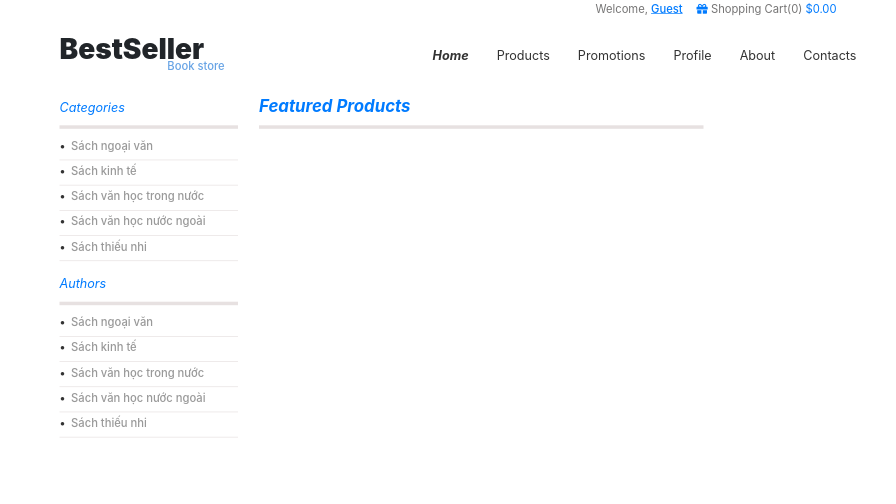
Repository: phunobi1807/BestSeller
Page: index.html
An editor plug-in stored every save of this project. The page is shown before and after the next save, followed by the edit.
The browser window is 1280 px wide. The pictures show the whole page, at 70% of full size.

Above is the page before, as saved 2021-06-28 23:36:05.

### index.html
<!DOCTYPE html>
<html lang="en">
<head>
    <meta charset="UTF-8">
    <meta http-equiv="X-UA-Compatible" content="IE=edge">
    <meta name="viewport" content="width=device-width, initial-scale=1.0">
    <title>BestSeller</title>
    <link rel="stylesheet" href="./css/style.css">
</head>
<body>
    <header id="header">
        <div class="container">
            <div class="top-header">
                <div class="top-nav">
                    <p class="top-nav__text">Welcome, <a href="#" class="top-nav__text-link">Guest</a></p>
                    <div class="top-nav__shopping-cart">
                        <i  class="top-nav__icon fas fa-gift"></i>
                        <span class="top-nav__cart">Shopping Cart(0) <a href="#">$0.00</a></span>
                    </div>
                </div>
                <div class="navigation">
                    <div class="row">
                        <div class="col-lg-4">
                            <div class="navigation-logo">
                                <div class="navigation-logo__text">
                                    <span class="navigation-logo__text-big">BestSeller</span>
                                    <span class="navigation-logo__text-small">Book store</span>
                                </div>
                            </div>
                        </div>
                        <div class="col-lg-6">
                           <ul class="navigation-menu">
                               <li class="navigation-menu__item navigation-menu__item--active" >Home</li>
                               <li class="navigation-menu__item">Products</li>
                               <li class="navigation-menu__item">Promotions</li>
                               <li class="navigation-menu__item">Profile</li>
                               <li class="navigation-menu__item">About</li>
                               <li class="navigation-menu__item">Contacts</li>
                           </ul>
                        </div>
                    </div>
                </div>
            </div>
        </div>
    </header>
    <div id="content">
        <div class="container">
            <div class="row">
                <div class="col-sm-3">
                    <div class="side-bar">
                        <p class="side-bar__title side-bar__title--one">
                            Categories
                        </p>
                        <ul class="side-bar__list side-bar__list--one">
                            <li class="side-bar__list-item">Sách ngoại văn</li>
                            <li class="side-bar__list-item">Sách kinh tế</li>
                            <li class="side-bar__list-item">Sách văn học trong nước</li>
                            <li class="side-bar__list-item">Sách văn học nước ngoài</li>
                            <li class="side-bar__list-item">Sách thiếu nhi</li>
                        </ul>
                        <p class="side-bar__title side-bar__title--two">
                            Authors
                        </p>
                        <ul class="side-bar__list side-bar__list--two">
                            <li class="side-bar__list-item">Sách ngoại văn</li>
                            <li class="side-bar__list-item">Sách kinh tế</li>
                            <li class="side-bar__list-item">Sách văn học trong nước</li>
                            <li class="side-bar__list-item">Sách văn học nước ngoài</li>
                            <li class="side-bar__list-item">Sách thiếu nhi</li>
                        </ul>
                    </div>
                </div>
                <div class="col-sm-7">
                    <div class="products">
                        <p class="product__title">
                            Featured Products
                        </p>
                    </div>
                </div>
            </div>
        </div>
    </div>
<link rel="stylesheet" href="https://use.fontawesome.com/releases/v5.15.3/css/all.css" integrity="sha384-SZXxX4whJ79/gErwcOYf+zWLeJdY/qpuqC4cAa9rOGUstPomtqpuNWT9wdPEn2fk" crossorigin="anonymous">
<link rel="stylesheet" href="https://maxcdn.bootstrapcdn.com/bootstrap/4.5.2/css/bootstrap.min.css">
<script src="https://ajax.googleapis.com/ajax/libs/jquery/3.5.1/jquery.min.js"></script>
<script src="https://cdnjs.cloudflare.com/ajax/libs/popper.js/1.16.0/umd/popper.min.js"></script>
<script src="https://maxcdn.bootstrapcdn.com/bootstrap/4.5.2/js/bootstrap.min.js"></script>
</body>
</html>

### css/style.css
@import url(https://fonts.googleapis.com/css2?family=Roboto:wght@100;200;300;400;500;600;800;900&display=swap);
:root {
    --color-primary: #007bff;
}

* {
    box-sizing: inherit;
}

html {
    box-sizing: border-box;
    margin: 0;
    font-family: 'Roboto', sans-serif;
}

/* top nav  */

.top-nav {
    display: flex;
    justify-content: flex-end;
}

.top-nav__text {
    padding: 0 20px;
}

.top-nav__text-link {
    font-weight: 500;
    text-decoration: underline;
}

.top-nav__text, .top-nav__cart {
    color: #767575;
}

.top-nav__icon {
    color: var(--color-primary);
}

/* logo-menu  */

.navigation-logo {
    position: relative;
}

.navigation-logo__text-big {
    font-size: 40px;
    font-weight: 900;
}

.navigation-logo__text-small {
    position: absolute;
    bottom: 0;
    left: 44%;
    top: 70%;
    color: #68a4e5;
    font-weight: 500;
}

/* Danh sach menu  */

.navigation-menu {
    display: flex;
    line-height: 78px;
    list-style: none;
    padding: 0 133px;
}

.navigation-menu__item--active {
    font-style: italic;
    font-weight: bold;
}

.navigation-menu__item {
    font-size: 18px;
    color: #333;
    margin: 0 20px;
}

/* Content  */

.side-bar__title {
    position: relative;
    color: var(--color-primary);
    line-height: 40px;
    font-size: 18px;
    font-style: italic;
}

.side-bar__title--one {}

.product__title {
    position: relative;
    color: var(--color-primary);
    font-weight: 700;
    font-style: italic;
    font-size: 24px;
}

.side-bar__title::after {
    position: absolute;
    content: "";
    left: 0;
    top: 45px;
    width: 100%;
    height: 5px;
    background-color: #e7e1e1;
}

.product__title::after {
    position: absolute;
    content: "";
    left: 0;
    top: 45px;
    width: 100%;
    height: 5px;
    background-color: #e7e1e1;
}

/* Side bar */

.side-bar__list {
    padding-left: 0;
}

.side-bar__list-item {
    position: relative;
    padding: 6px 0;
    color: #999;
    font-weight: 500;
    list-style: none;
    display: flex;
    align-items: center;
}

.side-bar__list-item::before {
    content: '\2022 ';
    color: #333;
    padding-right: 0.5em;
}

.side-bar__list-item::after {
    position: absolute;
    content: "";
    left: -0px;
    bottom: -3px;
    width: 255px;
    height: 1px;
    background-color: #e7e1e1;
}

After the next save:
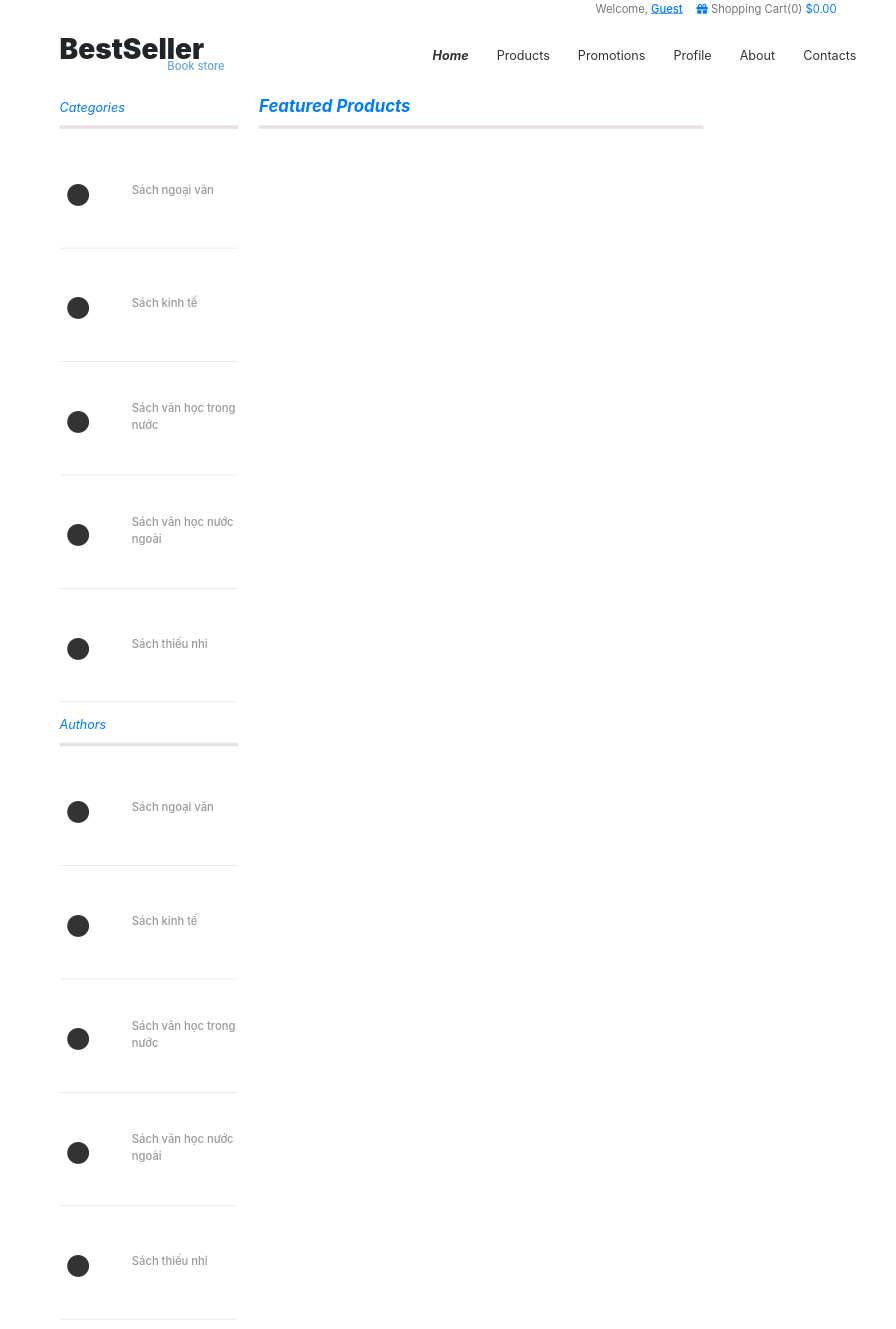
Saved 7 s later.
--- a/css/style.css
+++ b/css/style.css
@@ -137,6 +137,7 @@
     content: '\2022 ';
     color: #333;
     padding-right: 0.5em;
+    font-size: 100px;
 }
 
 .side-bar__list-item::after {

After the save that followed:
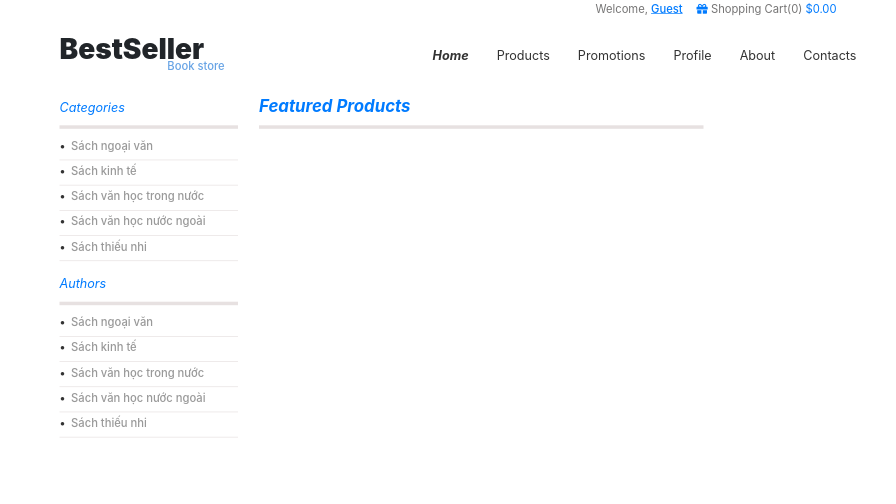
Saved 69 s later.
--- a/css/style.css
+++ b/css/style.css
@@ -137,7 +137,6 @@
     content: '\2022 ';
     color: #333;
     padding-right: 0.5em;
-    font-size: 100px;
 }
 
 .side-bar__list-item::after {
